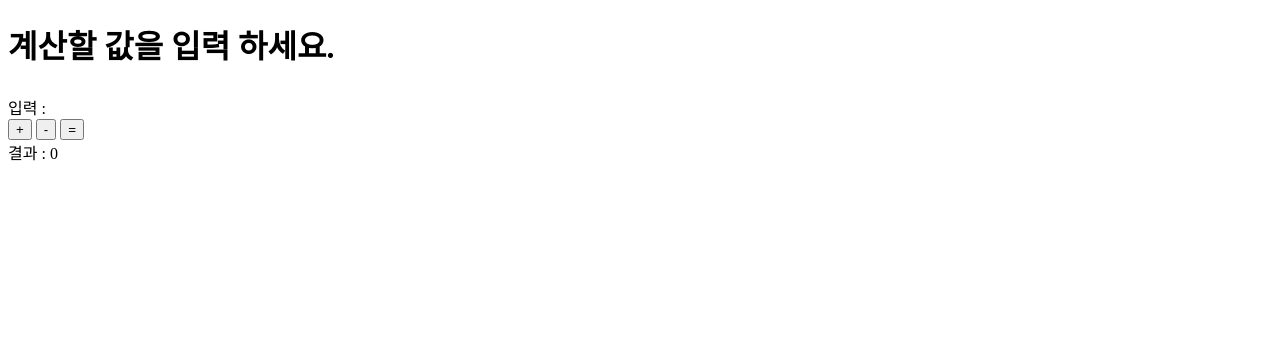
Repository: soyamilk0705/spring-newlecture
Page: ServeltAndJsp/JSPPrj/WebContent/calc3.html
An editor plug-in stored every save of this project. The page is shown before and after the next save, followed by the edit.
The browser window is 1280 px wide. The pictures show the whole page.

Above is the page before, as saved 2024-01-13 12:54:35.

### ServeltAndJsp/JSPPrj/WebContent/calc3.html
<!DOCTYPE html>
<html>
<head>
<meta charset="UTF-8">
<title>Insert title here</title>
</head>
<body>
	<h1>계산할 값을 입력 하세요.</h1>
	<form action="/calc3" method="post">
		<table>
			<tr>
				<td></td>

			</tr>


		</table>
		<div>
			<label>입력 : </label>
		</div>
		<div>
			<input type="submit" name="operator" value="+">
			<input type="submit" name="operator" value="-">
			<input type="submit" name="operator" value="=">
		</div>
		<div>
			결과 : 0
		</div>
	</form>
</body>
</html>

After the next save:
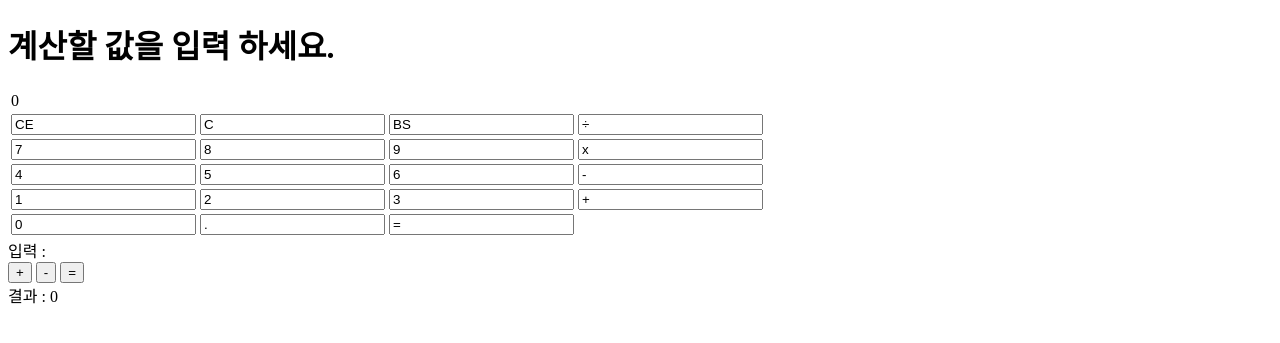
Saved 2 min 37 s later.
--- a/ServeltAndJsp/JSPPrj/WebContent/calc3.html
+++ b/ServeltAndJsp/JSPPrj/WebContent/calc3.html
@@ -9,10 +9,37 @@
 	<form action="/calc3" method="post">
 		<table>
 			<tr>
-				<td></td>
-
+				<td colspan="4">0</td>
 			</tr>
-
+			<tr>
+				<td><input type="" name="" value="CE" /></td>
+				<td><input type="" name="" value="C" /></td>
+				<td><input type="" name="" value="BS" /></td>
+				<td><input type="" name="" value="÷" /></td>
+			</tr>
+			<tr>
+				<td><input type="" name="" value="7" /></td>
+				<td><input type="" name="" value="8" /></td>
+				<td><input type="" name="" value="9" /></td>
+				<td><input type="" name="" value="x" /></td>
+			</tr>
+			<tr>
+				<td><input type="" name="" value="4" /></td>
+				<td><input type="" name="" value="5" /></td>
+				<td><input type="" name="" value="6" /></td>
+				<td><input type="" name="" value="-" /></td>
+			</tr>
+			<tr>
+				<td><input type="" name="" value="1" /></td>
+				<td><input type="" name="" value="2" /></td>
+				<td><input type="" name="" value="3" /></td>
+				<td><input type="" name="" value="+" /></td>
+			</tr>
+			<tr>
+				<td><input type="" name="" value="0" /></td>
+				<td><input type="" name="" value="." /></td>
+				<td><input type="" name="" value="=" /></td>
+			</tr>
 
 		</table>
 		<div>
